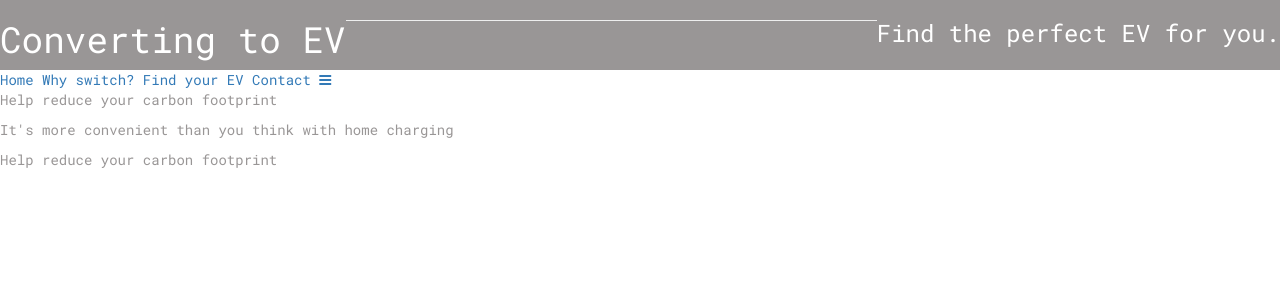
Repository: gnisco/project-2
Page: index.html
The author's editor kept a record of every edit. The page is drawn from the files as they stood at one moment, then again after the next edit.
The browser window is 1280 px wide. The pictures show the whole page.
Some web libraries are served in a nearby version.

Above is the page before.

After the next edit:
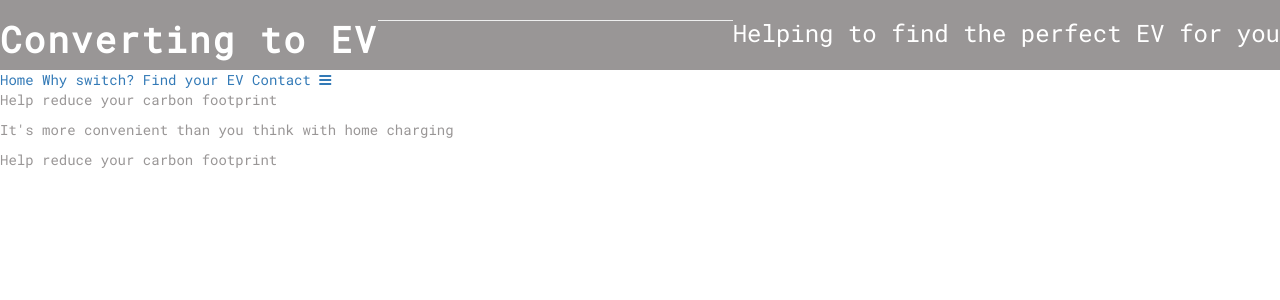
The edit:
--- a/index.html
+++ b/index.html
@@ -14,8 +14,8 @@
         <div class="col">
             <div class="row bg-color-name-title">
                 <div style="clear: both">
-                    <h1 style="float: left">Converting to EV</h1>
-                    <h3 style="float: right">Find the perfect EV for you.</h3>
+                    <h1 class="title" style="float: left">Converting to EV</h1>
+                    <h3 class="sub-title" style="float: right">Helping to find the perfect EV for you</h3>
                 </div>
                 <hr />
             </div>
